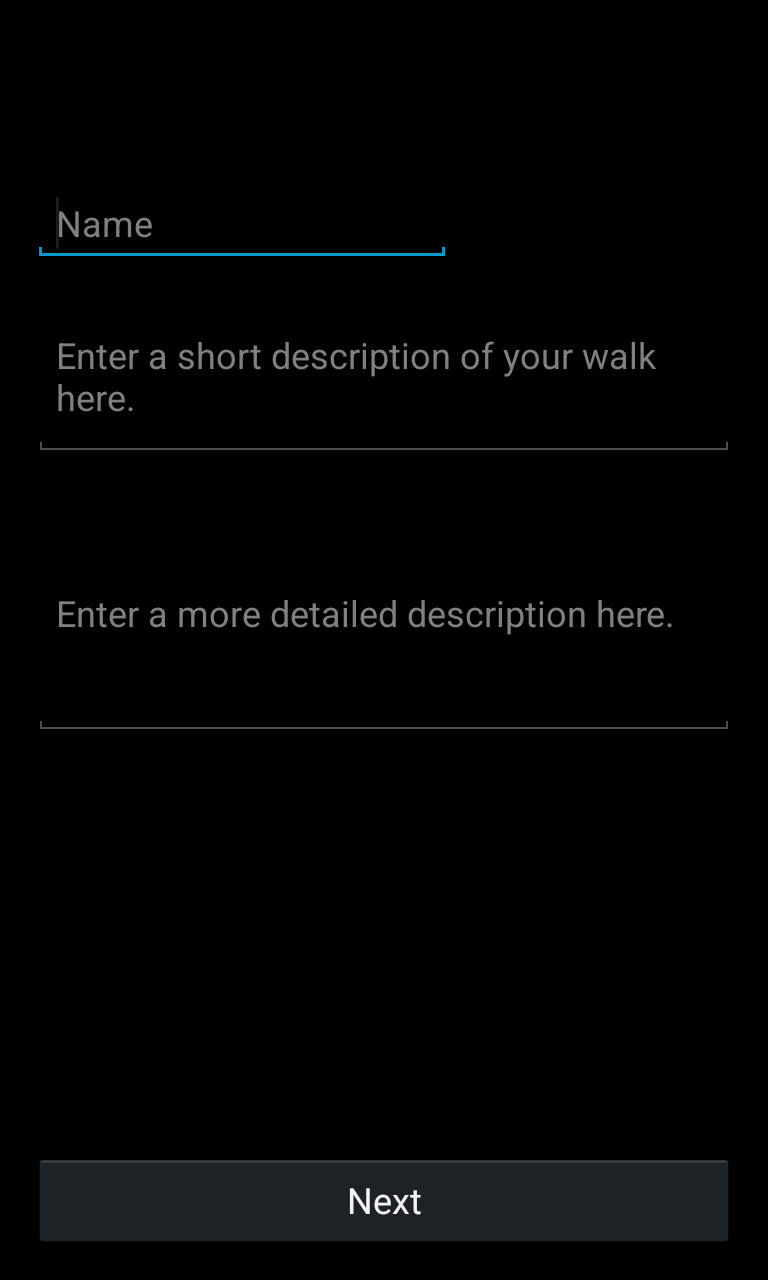
Repository: Jafnee/Android-Walking-Tour
Layout: SRC/Drafts/0.3/fuzzyNinja/PathFinder/res/layout/activity_new_walk.xml
An editor plug-in stored every save of this project. The layout is shown before and after a run of saves, followed by the edit.
It is drawn on a 768 x 1280 px phone screen (xhdpi) without system bars, with theme android:Theme.Holo; the app's code is not run.

Above is the layout before, as saved 2013-12-13 04:28:01.

After the next 2 saves:
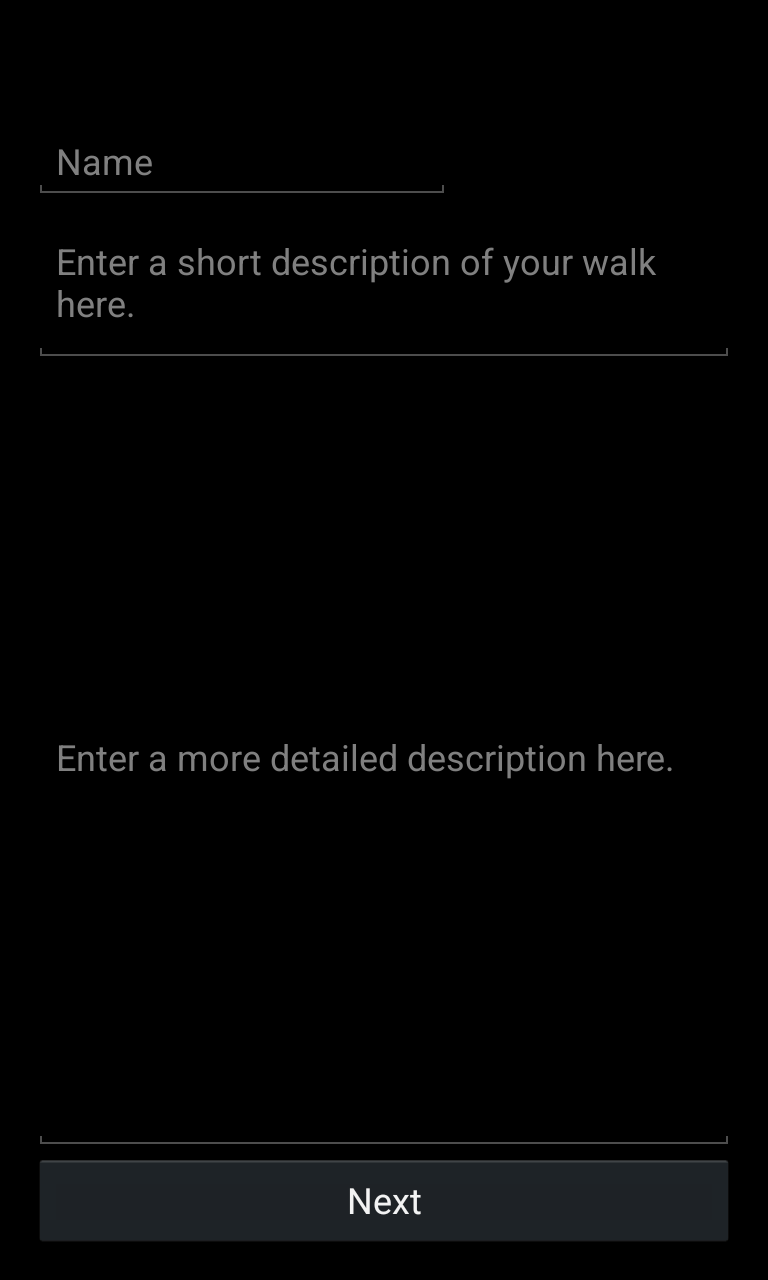
The 2 saves are shown as one change because 1 did not build or start.
The last was saved 2 min 32 s later.
--- a/SRC/Drafts/0.3/fuzzyNinja/PathFinder/res/layout/activity_new_walk.xml
+++ b/SRC/Drafts/0.3/fuzzyNinja/PathFinder/res/layout/activity_new_walk.xml
@@ -8,14 +8,35 @@
     android:paddingTop="@dimen/activity_vertical_margin"
     tools:context=".ActivityNewWalk" >
 
+    <Button
+        android:id="@+id/btnCreateWalk"
+        android:layout_width="match_parent"
+        android:layout_height="wrap_content"
+        android:layout_alignParentBottom="true"
+        android:layout_alignParentLeft="true"
+        android:text="Next"
+        tools:ignore="" />
+
+    <EditText
+        android:id="@+id/txtbxLongDescription"
+        android:layout_width="match_parent"
+        android:layout_height="wrap_content"
+        android:layout_above="@+id/btnCreateWalk"
+        android:layout_alignLeft="@+id/btnCreateWalk"
+        android:layout_alignParentRight="true"
+        android:layout_below="@+id/txtbxShortDes"
+        android:ems="10"
+        android:hint="Enter a more detailed description here."
+        android:inputType="textMultiLine"
+        android:lines="5"
+        tools:ignore="HardcodedText" />
+
     <EditText
         android:id="@+id/txtbxShortDes"
-        android:layout_width="wrap_content"
+        android:layout_width="match_parent"
         android:layout_height="wrap_content"
         android:layout_alignLeft="@+id/txtbxWalkName"
-        android:layout_alignParentRight="true"
         android:layout_below="@+id/txtbxWalkName"
-        android:layout_marginTop="16dp"
         android:ems="10"
         android:hint="Enter a short description of your walk here."
         android:inputType="textMultiLine"
@@ -23,41 +44,17 @@
         tools:ignore="HardcodedText" />
 
     <EditText
-        android:id="@+id/txtbxLongDescription"
-        android:layout_width="wrap_content"
-        android:layout_height="wrap_content"
-        android:layout_alignLeft="@+id/txtbxShortDes"
-        android:layout_alignRight="@+id/txtbxShortDes"
-        android:layout_below="@+id/txtbxShortDes"
-        android:layout_marginTop="16dp"
-        android:ems="10"
-        android:hint="Enter a more detailed description here."
-        android:inputType="textMultiLine"
-        android:lines="5"
-        tools:ignore="HardcodedText" />
-
-    <EditText
         android:id="@+id/txtbxWalkName"
         android:layout_width="wrap_content"
         android:layout_height="wrap_content"
-        android:layout_alignParentLeft="true"
+        android:layout_alignLeft="@+id/txtbxLongDescription"
         android:layout_alignParentTop="true"
-        android:layout_marginTop="76dp"
+        android:layout_marginTop="45dp"
         android:ems="10"
         android:hint="Name"
         android:inputType="textAutoCorrect"
         tools:ignore="HardcodedText" >
 
-        <requestFocus />
-    </EditText>
-
-    <Button
-        android:id="@+id/btnCreateWalk"
-        android:layout_width="match_parent"
-        android:layout_height="wrap_content"
-        android:layout_alignParentBottom="true"
-        android:layout_alignParentLeft="true"
-        android:text="Next"
-        tools:ignore="HardcodedText" />
+        </EditText>
 
 </RelativeLayout>
